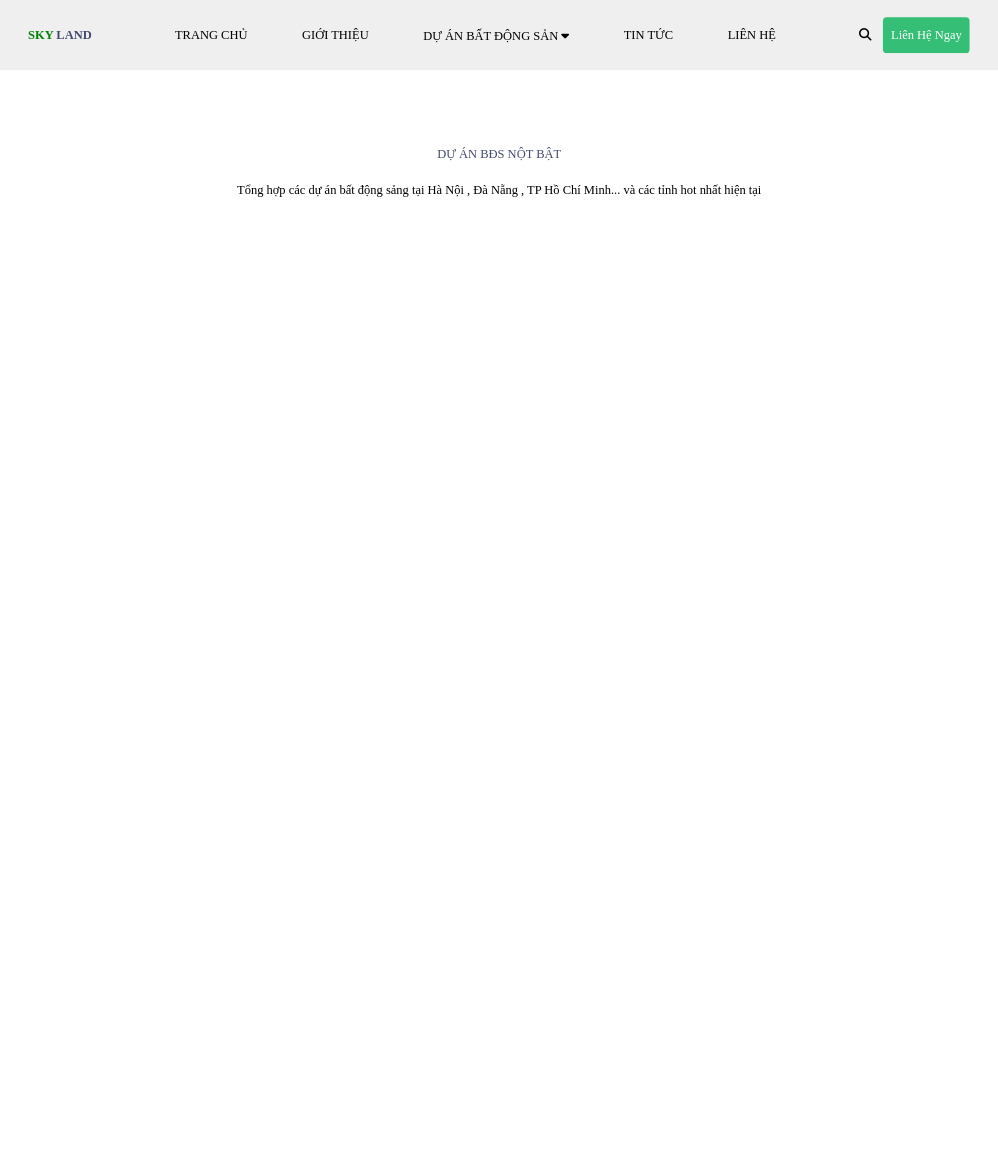
Repository: HuynhDuc23/Webvideodesgin
Page: htmlcssNangCao/index.html
An editor plug-in stored every save of this project. The page is shown before and after the next save, followed by the edit.
The browser window is 1280 px wide. The pictures show the whole page, at 78% of full size.
The style sheet was rebuilt from its Sass, Less or Tailwind sources for each picture, by a compiler version that may differ from the author's.

Above is the page before, as saved 2023-04-30 09:21:14.

### htmlcssNangCao/index.html
<html lang="en">
<head>
    <meta charset="UTF-8">
    <meta http-equiv="X-UA-Compatible" content="IE=edge">
    <meta name="viewport" content="width=device-width, initial-scale=1.0">
    <link rel="stylesheet" href="./reset.css">
    <link rel="stylesheet" href="https://cdnjs.cloudflare.com/ajax/libs/font-awesome/6.4.0/css/all.min.css" integrity="sha512-iecdLmaskl7CVkqkXNQ/ZH/XLlvWZOJyj7Yy7tcenmpD1ypASozpmT/E0iPtmFIB46ZmdtAc9eNBvH0H/ZpiBw==" crossorigin="anonymous" referrerpolicy="no-referrer" />
    <link rel="stylesheet" href="./style.css">

    <title>Document</title>
</head>
<body>
    <div class="skyland">
        <div class="skyland__top">
            <div class="skyland__header">
                <h1 class="skyland__left1">Sky <span>Land</span> </h1>
            </div>
            <div class="skyland__left">
                <ul class="list">
                    <li class="items">Trang Chủ</li>
                    <li class="items">Giới Thiệu</li>
                    <li class="items">Dự Án Bất Động Sản
                        <i class="fa-solid fa-caret-down caret-down"></i>
                    </li>
                    <li class="items">Tin Tức</li>
                    <li class="items">Liên Hệ</li>
                </ul>
            </div>
            <div class="iconbutton">
                <i class="fa-solid fa-magnifying-glass icon-search"></i>
                <span class="text">Liên Hệ Ngay</span>
            </div>
        </div>
        <div class="skyland__center__mid">
            <div class="skyland__center__top">
                <span class="skyland__center__top">Dự Án BĐS nột bật </span>
                <h3 class="paragrap">Tổng hợp các dự án bất động sảng tại Hà Nội , Đà Nẵng , TP Hồ Chí Minh... và các tỉnh hot nhất hiện tại</h3>
            </div>
        </div>
    </div>
</body>
</html>

### htmlcssNangCao/style.scss

html {
    margin: 0;
    padding: 0;
    box-sizing:border-box ;
}
.skyland {
    width: 100%;
    height: 1500px;
    background-color: white;
    &__top {

        width: 100%;
        height: 90px;
        background-color: #eeee;
        display: flex;
        align-items: center;
        justify-content: space-around;
    }
    &__left {
        .list {
          display: flex;
        }
        .items {
            padding: 0 35px;
            text-transform: uppercase;
            cursor: pointer;
        }
    }
    &__header{
        h1 {
            font-weight: bold;
            cursor: pointer;
             text-transform: uppercase;
             color: green;
        }
        span {
            color:#434a6f;
        }
    }
    .iconbutton {

        .text {
            color: white;
            display: inline-block;
            line-height: 1.6;
            padding-left: 10px;
            cursor: pointer;
            background-color: #35bf76;
         padding: 10px 10px;
         border: 1px solid #eeee;
         border-radius: 6px;
         line-height: 1.6;
         opacity: 1;
         font-weight: 500;
         &:hover {
            opacity: 0.8;
         }
        }
        .icon-search {
            color:black;
            padding-right: 10px;
            cursor: pointer;

        }
    }
 &__center__mid{
    margin-top:100px ;
 }
 &__center__top {
    text-align: center;

    span {
        display: inline-block;
        text-transform: uppercase;
        text-align: center;
        color: #434a6e;
    }
    .paragrap {
        margin-top: 30px;
    }
 }

}

Loaded but not shown: htmlcssNangCao/reset.css (common file)

After the next save:
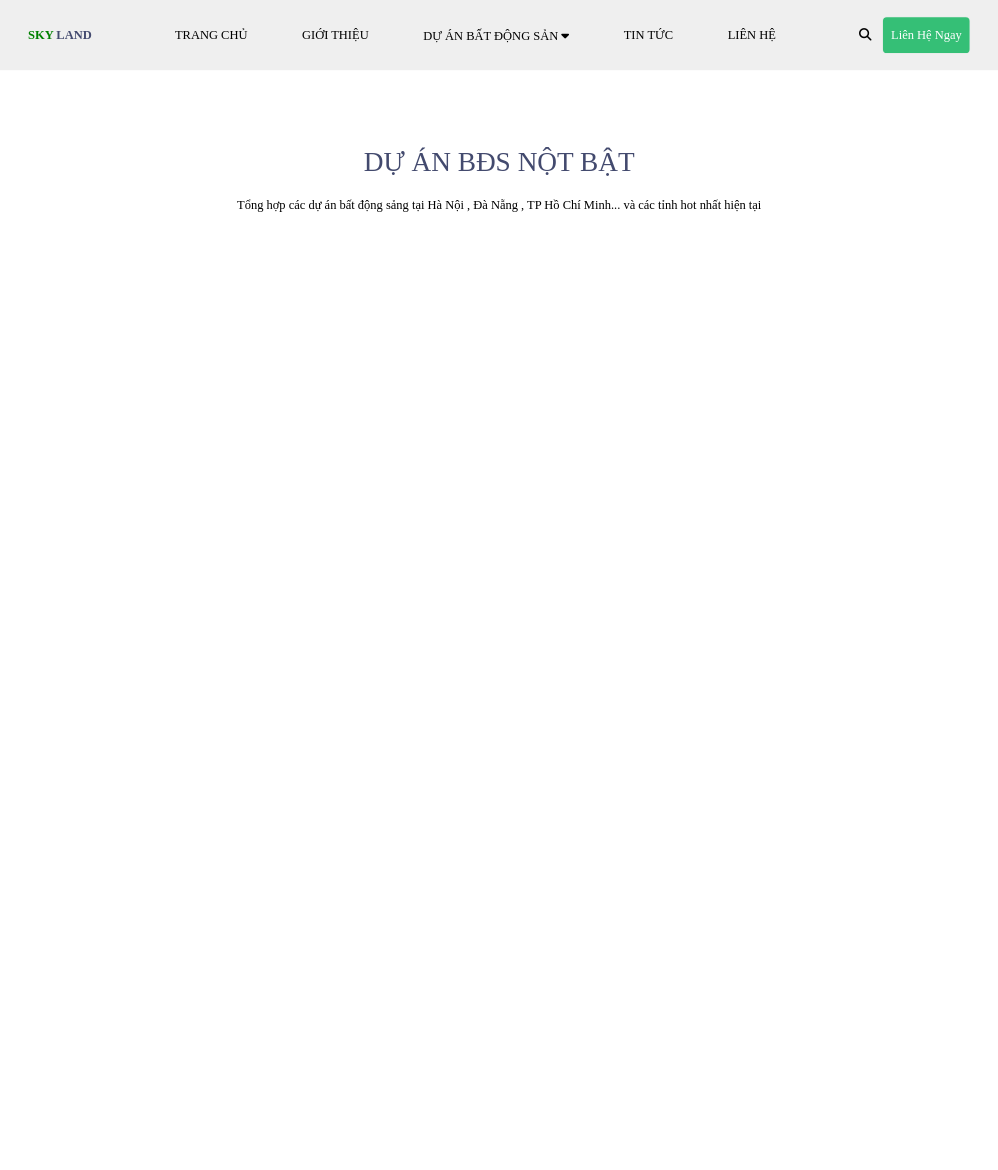
Saved 31 s later.
--- a/htmlcssNangCao/style.scss
+++ b/htmlcssNangCao/style.scss
@@ -75,6 +75,8 @@ html {
         text-transform: uppercase;
         text-align: center;
         color: #434a6e;
+        font-size: 35px;
+        font-weight: 700px;
     }
     .paragrap {
         margin-top: 30px;
